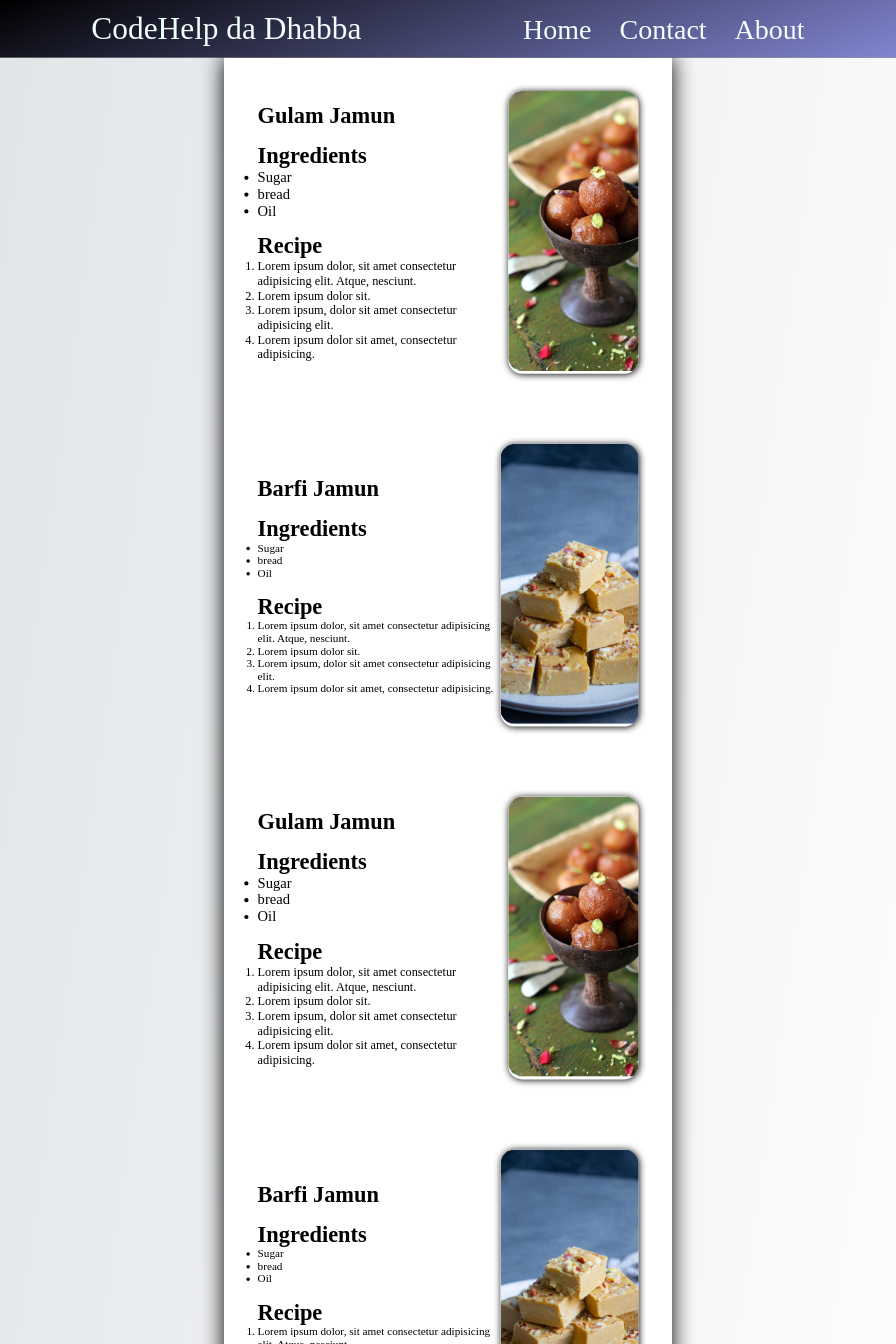
Repository: ssaddamhuss100/Recipe_Html_css
Page: index.html
An editor plug-in stored every save of this project. The page is shown before and after the next save, followed by the edit.
The browser window is 1280 px wide. The pictures show the part of the page from y = 0 to 1920 px (the page is 3142 px tall before and 2587 px after), at 70% of full size.

Above is the page before, as saved 2024-12-12 10:45:02.

After the next save:
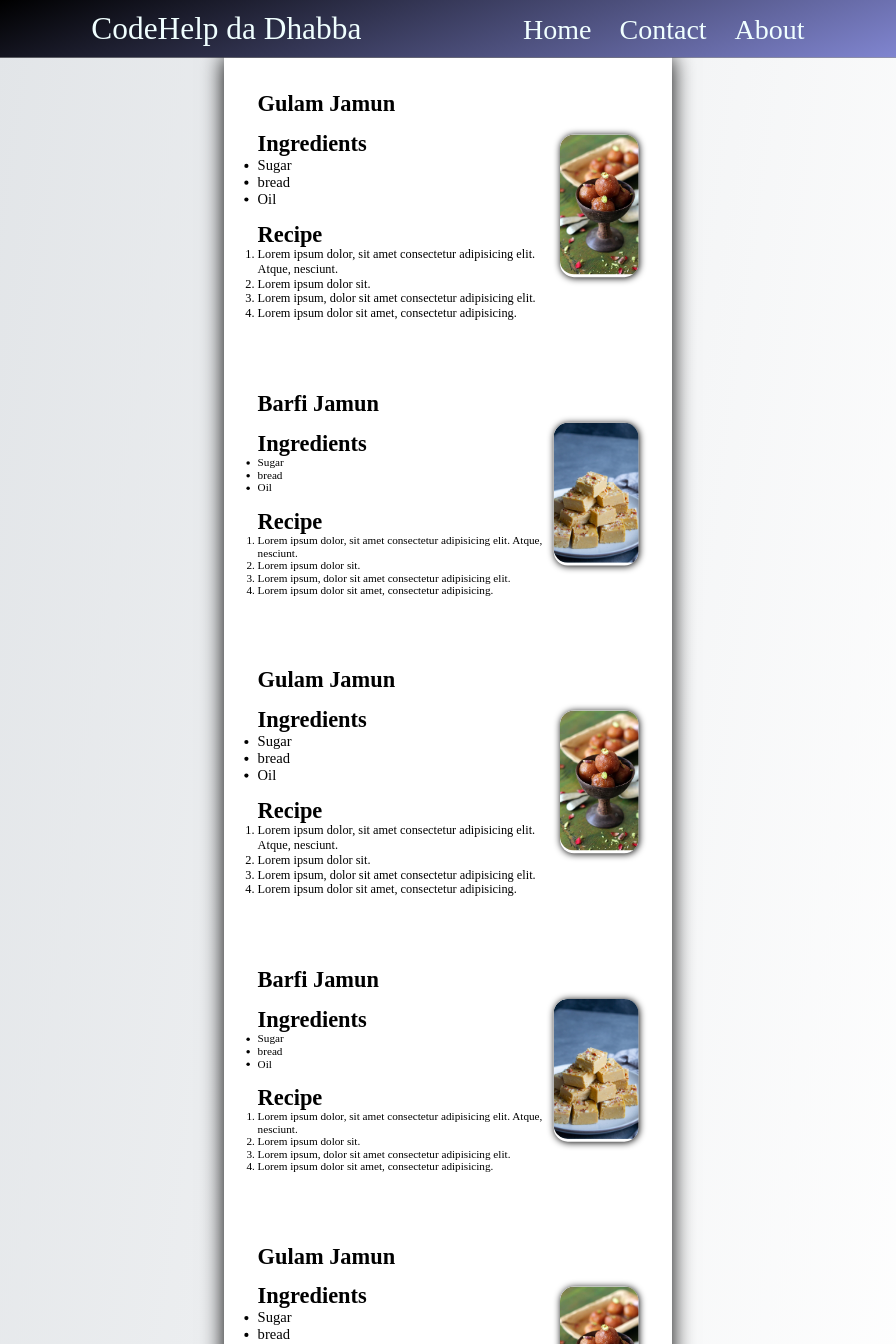
Saved 28 s later.
--- a/style.css
+++ b/style.css
@@ -101,7 +101,7 @@ footer{
 }
 
 .rightBox img{
-    height: 400px;
+    height: 200px;
     border-radius: 20px;
     transition: all 0.6s linear 0s;
 }
